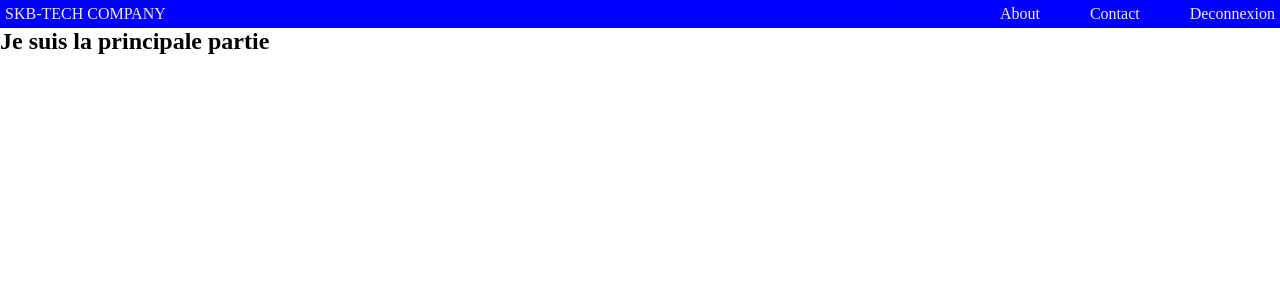
Repository: SKB-TECH/projetExpress
Page: http://localhost/
These files come from the project's save history. The page is drawn as it stood at one moment and after a run of saves; the edit follows.
The browser window is 1280 px wide. The pictures show the whole page.
The page is served by the project's Node server (server.js).

Above is the page before, as saved 2022-10-21 15:19:30.

After the next 2 saves:
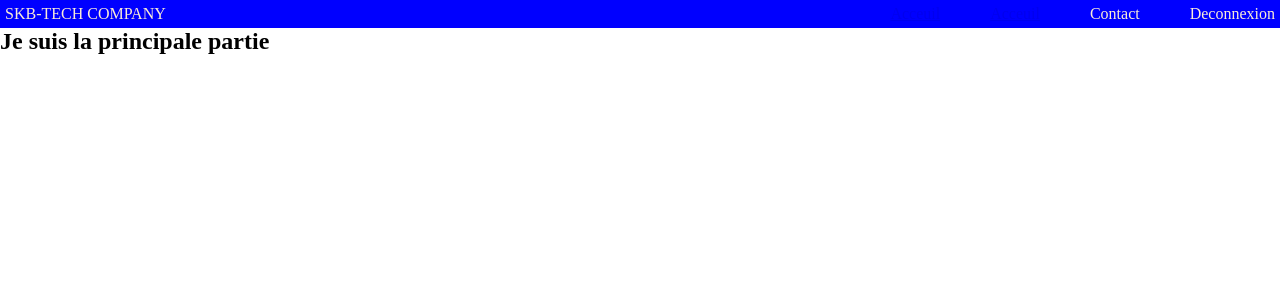
The 2 saves are shown as one change because they came seconds apart.
The last was saved 13 s later.
--- a/views/includes/header.ejs
+++ b/views/includes/header.ejs
@@ -23,7 +23,7 @@
       <div class="taches">
         <ul class="list-title">
           <li><a href="/">Acceuil</a></li>
-          <li>About</li>
+          <li><a href="/about">Acceuil</a></li>
           <li>Contact</li>
           <li>Deconnexion</li>
         </ul>
